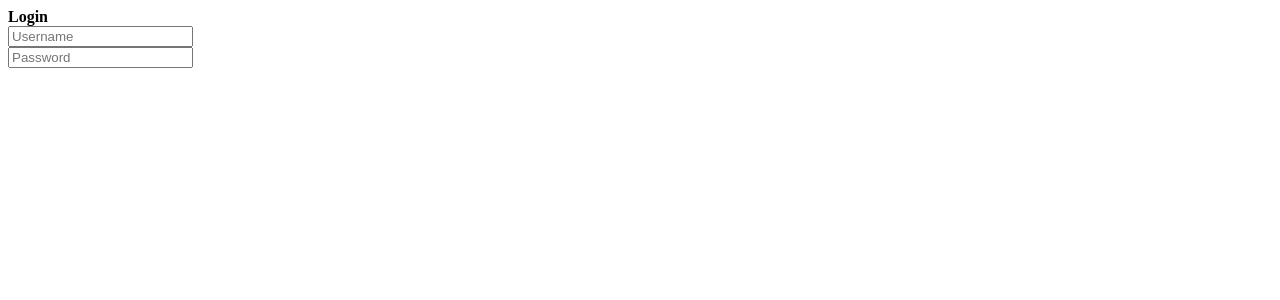
Repository: yhung004/TUTORIAL_PAGE
Page: log_in.html
These files come from the project's save history. The page is drawn as it stood at one moment and after the next save; the edit follows.
The browser window is 1280 px wide. The pictures show the whole page.

Above is the page before, as saved 2024-04-10 12:08:28.

After the next save:
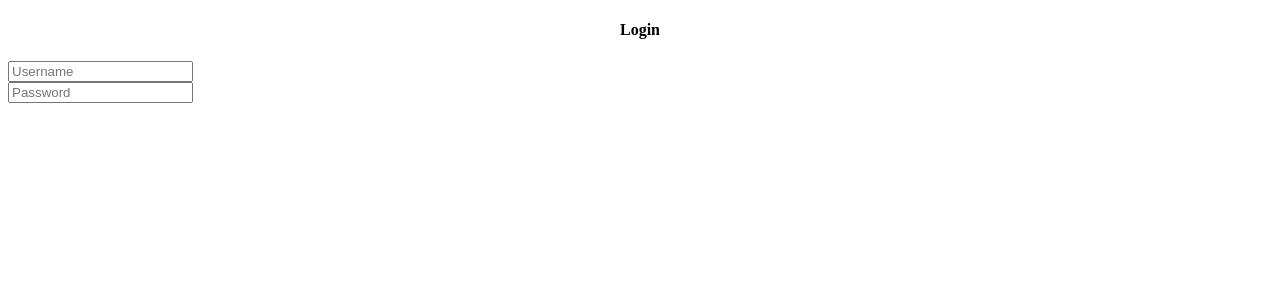
Saved 13 s later.
--- a/main.css
+++ b/main.css
@@ -40,5 +40,5 @@ a.button_a1 {
     color:black;
 }
 .login {
-    margin: auto;
+    text-align:center
 }
